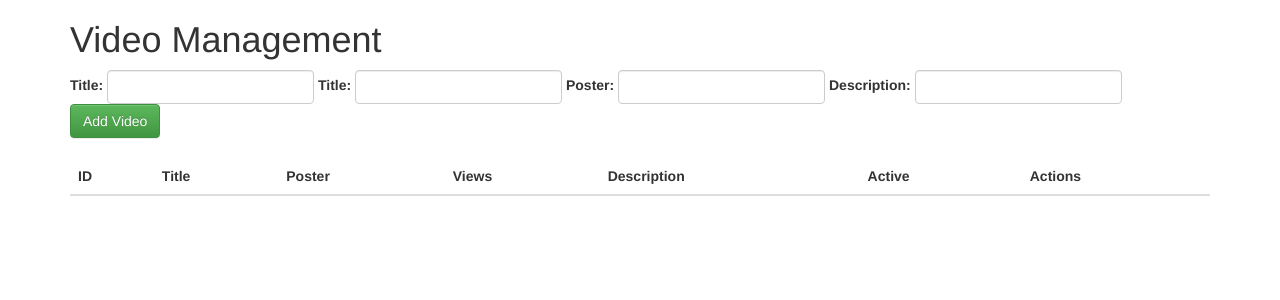
Repository: Hacorbie/Java-Servlet
Page: http://localhost/ASM_JV4/views/User.jsp
The author's editor kept a copy of each file at every save. The page is drawn from the files as they stood at one save, then again after the next save.
The browser window is 1280 px wide. The pictures show the whole page.
Some web libraries are served in a nearby version. The page is served by Tomcat 9. Other server files are loaded and not shown. The template is opened directly, without the code that normally fills it, so the values that code supplies are empty.

Above is the page before, as saved 2023-04-08 17:05:02.

### ASM_JV4/src/main/webapp/views/User.jsp
<%@ page language="java" contentType="text/html; charset=UTF-8" pageEncoding="UTF-8" %>
<%@ taglib uri="http://java.sun.com/jsp/jstl/core" prefix="c" %>
<!DOCTYPE html>
<html>
<head>
    <meta charset="UTF-8">
    <title>Video Management</title>
    <!-- Thêm các file CSS Bootstrap -->
    <link rel="stylesheet" href="https://maxcdn.bootstrapcdn.com/bootstrap/3.3.7/css/bootstrap.min.css">
    <link rel="stylesheet" href="https://maxcdn.bootstrapcdn.com/bootstrap/3.3.7/css/bootstrap-theme.min.css">
</head>
<body>
    <div class="container">
        <h1>Video Management</h1>
        <!-- Form thêm mới video -->
        <form method="post" action="VideoController" class="form-inline">
            <input type="hidden" name="action" value="add">
            <div class="form-group">
                <label for="title">Title:</label>
                <input type="text" class="form-control" id="title" name="title" required>
            </div>
            <div class="form-group">
                <label for="ID">Title:</label>
                <input type="text" class="form-control" id="title" name="title" required>
            </div>
            <div class="form-group">
                <label for="poster">Poster:</label>
                <input type="text" class="form-control" id="poster" name="poster" required>
            </div>
            <div class="form-group">
                <label for="description">Description:</label>
                <input type="text" class="form-control" id="description" name="description" required>
            </div>
            <button type="submit" class="btn btn-success">Add Video</button>
        </form>
        <br>
        <!-- Bảng hiển thị danh sách video -->
        <table class="table">
            <thead>
                <tr>
                    <th>ID</th>
                    <th>Title</th>
                    <th>Poster</th>
                    <th>Views</th>
                    <th>Description</th>
                    <th>Active</th>
                    <th>Actions</th>
                </tr>
            </thead>
            <tbody>
                <c:forEach var="video" items="${videos}">
                    <tr>
                        <td>${video.id}</td>
                        <td>${video.title}</td>
                        <td>${video.poster}</td>
                        <td>${video.views}</td>
                        <td>${video.description}</td>
                        <td>${video.active}</td>
                        <td>
                            <!-- Form chỉnh sửa video -->
                            <form method="post" action="VideoController" class="form-inline">
                                <input type="hidden" name="action" value="edit">
                                <input type="hidden" name="id" value="${video.id}">
                                <div class="form-group">
                                    <label for="title">Title:</label>
                                    <input type="text" class="form-control" id="title" name="title" value="${video.title}" required>
                                </div>
                                <div class="form-group">
                                    <label for="poster">Poster:</label>
                                    <input type="text" class="form-control" id="poster" name="poster" value="${video.poster}" required>
                                </div>
                                <div class="form-group">
                                    <label for="description">Description:</label>
<input type="text" class="form-control" id="description" name="description" value="${video.description}" required>
</div>
<div class="form-group">
<label for="views">Views:</label>
<input type="number" class="form-control" id="views" name="views" value="${video.views}" required>
</div>
<div class="form-group">
<label for="active">Active:</label>
<input type="checkbox" id="active" name="active" <c:if test="${video.active}">checked</c:if>>
</div>
<button type="submit" class="btn btn-primary">Update</button>
</form>
<!-- Form xóa video -->
<form method="post" action="VideoController" class="form-inline">
<input type="hidden" name="action" value="delete">
<input type="hidden" name="id" value="${video.id}">
<button type="submit" class="btn btn-danger">Delete</button>
</form>
</td>
</tr>
</c:forEach>
</tbody>
</table>
</div>
<!-- Thêm các file JavaScript Bootstrap -->
<script src="https://ajax.googleapis.com/ajax/libs/jquery/3.2.1/jquery.min.js"></script>
<script src="https://maxcdn.bootstrapcdn.com/bootstrap/3.3.7/js/bootstrap.min.js"></script>

</body>
</html>

After the next save:
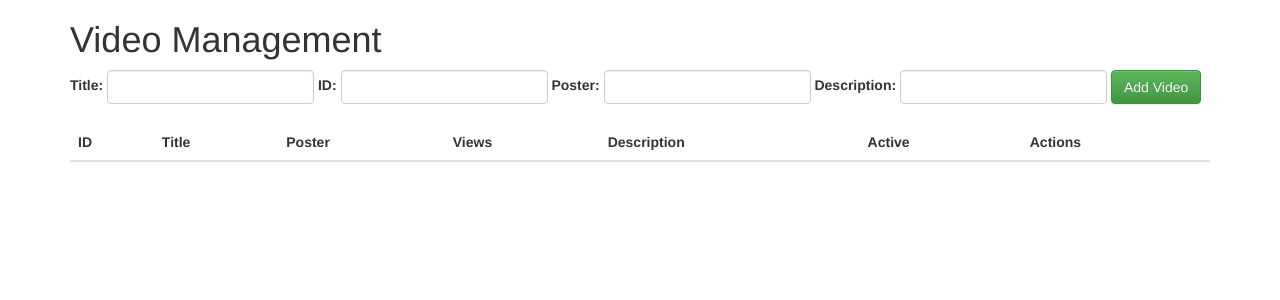
Saved 3 s later.
--- a/ASM_JV4/src/main/webapp/views/User.jsp
+++ b/ASM_JV4/src/main/webapp/views/User.jsp
@@ -20,7 +20,7 @@
                 <input type="text" class="form-control" id="title" name="title" required>
             </div>
             <div class="form-group">
-                <label for="ID">Title:</label>
+                <label for="ID">ID:</label>
                 <input type="text" class="form-control" id="title" name="title" required>
             </div>
             <div class="form-group">
